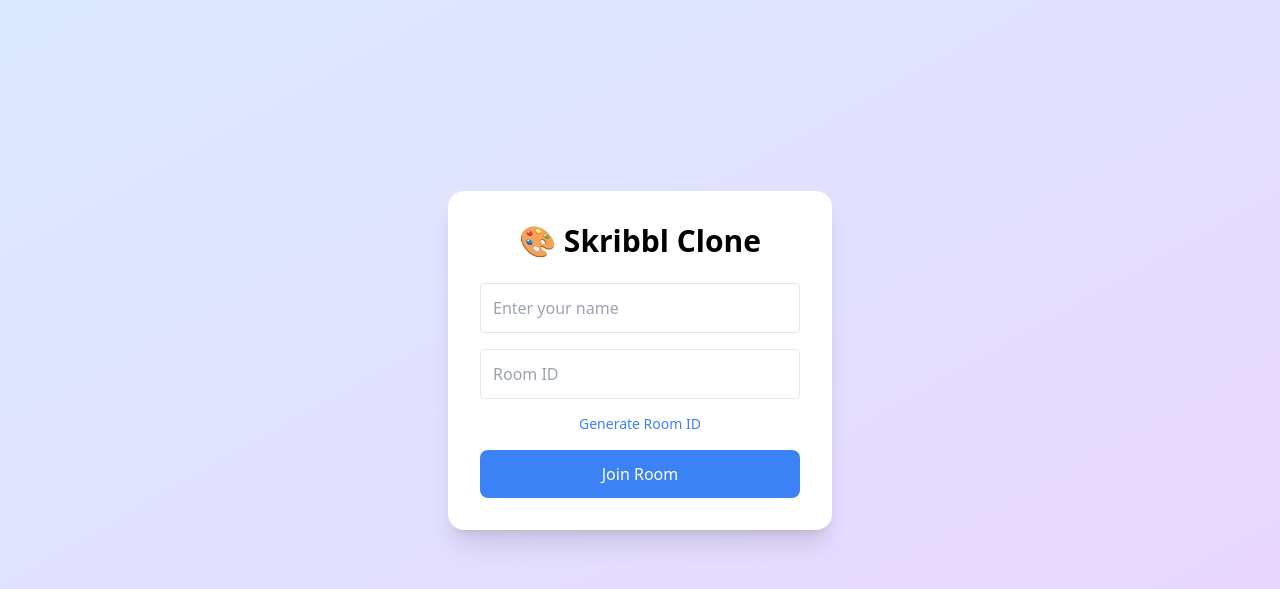
Repository: arpit-925/skibble.io
Page: / (app in client/)
The author's editor kept a copy of each file at every save. The page is drawn from the files as they stood at one save, then again after the next save.
The browser window is 1280 px wide. The pictures show the whole page.
The page's requests for data from a server got no answer. The project was rebuilt for these pictures with package versions that can differ from the ones it lists, and the page was loaded fresh each time. No one was signed in, and anything a server would have sent is missing. Also part of the build but not shown: client/vite.config.js, client/src/socket/socket.js, client/src/hooks/useSocket.js, client/src/components/Toolbar.jsx, client/src/components/Canvas.jsx, client/src/components/Chat.jsx, client/src/components/Scoreboard.jsx, client/src/pages/Room.jsx.

Above is the page before, as saved 2026-04-13 23:22:33.

After the next save:
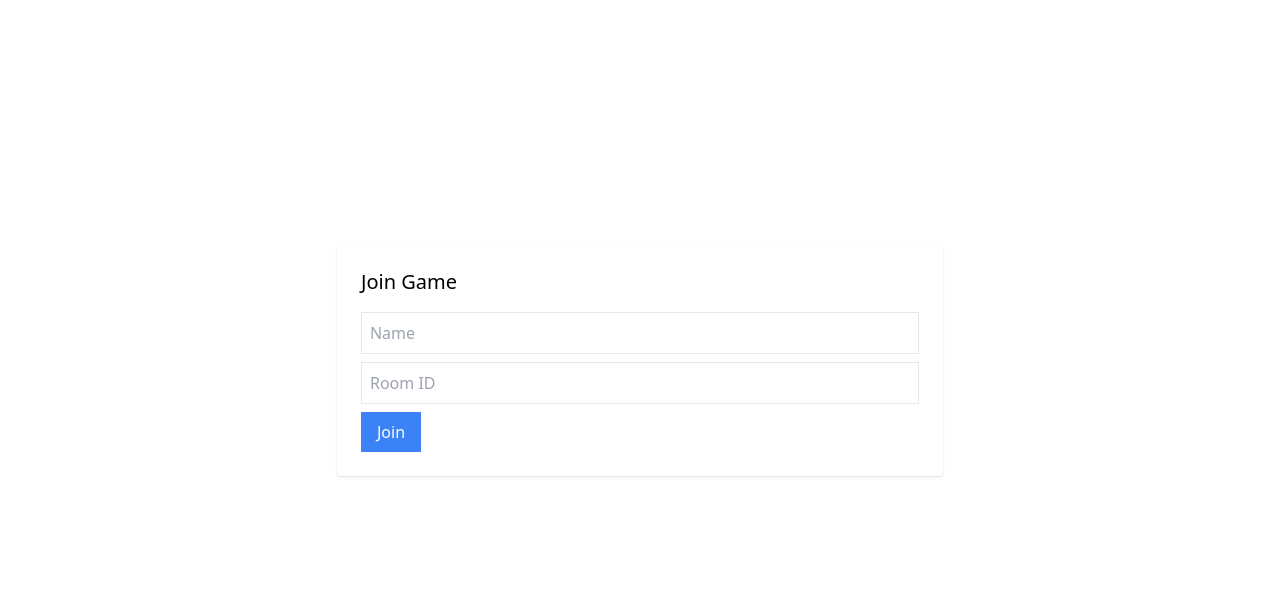
Saved 2 min 4 s later.
--- a/client/src/pages/Home.jsx
+++ b/client/src/pages/Home.jsx
@@ -6,61 +6,35 @@ export default function Home() {
   const [room, setRoom] = useState("");
   const navigate = useNavigate();
 
-  const generateRoomId = () => {
-    const id = Math.random().toString(36).substring(2, 8);
-    setRoom(id);
-  };
-
   const joinRoom = () => {
-    if (!name || !room) {
-      alert("Please enter name and room ID");
-      return;
-    }
-
+    if (!name || !room) return;
     navigate(`/room/${room}`, { state: { name } });
   };
 
   return (
-    <div className="h-screen flex items-center justify-center bg-gradient-to-br from-blue-100 to-purple-200">
+    <div className="h-screen flex items-center justify-center">
+      <div className="bg-white p-6 shadow rounded">
+        <h1 className="text-xl mb-4">Join Game</h1>
 
-      <div className="bg-white p-8 rounded-2xl shadow-xl w-96 text-center">
-
-        <h1 className="text-3xl font-bold mb-6">🎨 Skribbl Clone</h1>
-
-        {/* Name Input */}
         <input
-          className="w-full p-3 border rounded mb-4 focus:outline-none focus:ring-2 focus:ring-blue-400"
-          placeholder="Enter your name"
-          value={name}
+          className="border p-2 mb-2 w-full"
+          placeholder="Name"
           onChange={(e) => setName(e.target.value)}
         />
 
-        {/* Room Input */}
         <input
-          className="w-full p-3 border rounded mb-3 focus:outline-none focus:ring-2 focus:ring-blue-400"
+          className="border p-2 mb-2 w-full"
           placeholder="Room ID"
-          value={room}
           onChange={(e) => setRoom(e.target.value)}
         />
 
-        {/* Generate Room */}
         <button
-          onClick={generateRoomId}
-          className="text-sm text-blue-500 mb-4 hover:underline"
+          className="bg-blue-500 text-white px-4 py-2"
+          onClick={joinRoom}
         >
-          Generate Room ID
+          Join
         </button>
-
-        {/* Join Button */}
-        <button
-          onClick={joinRoom}
-          className="w-full bg-blue-500 text-white p-3 rounded-lg hover:bg-blue-600 transition"
-        >
-          Join Room
-        </button>
-
       </div>
-
     </div>
   );
 }
